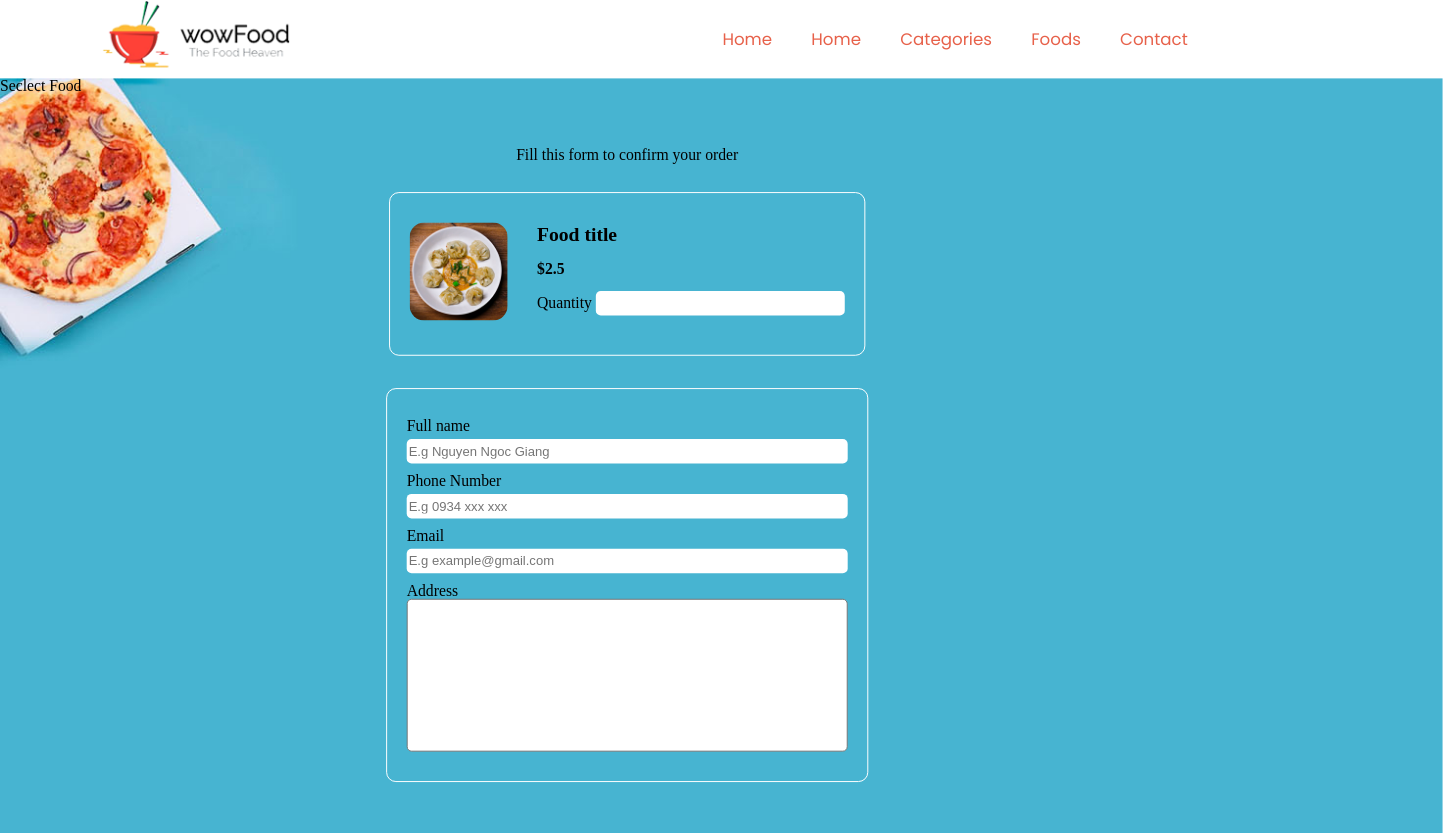
Repository: ruaruababa/WowFood
Page: order.html
An editor plug-in stored every save of this project. The page is shown before and after a run of saves, followed by the edit.
The browser window is 1280 px wide. The page is 1472 px wide, so the pictures cover 1472 px, including what lies to the right of the window. The pictures show the whole page, at 98% of full size.

Above is the page before, as saved 2021-09-19 22:36:02.

### order.html
<!DOCTYPE html>
<html lang="en">

<head>
    <meta charset="UTF-8">
    <meta http-equiv="X-UA-Compatible" content="IE=edge">
    <meta name="viewport" content="width=device-width, initial-scale=1.0">
    <title>Order Food</title>
    <link rel="stylesheet" href="./style.css">
    <link rel="stylesheet" href="./reset.css">
    <link rel="stylesheet" href="./order.css">
    <link rel="preconnect" href="https://fonts.googleapis.com" />
    <link rel="preconnect" href="https://fonts.gstatic.com" crossorigin />
    <link
      href="https://fonts.googleapis.com/css2?family=Poppins:wght@400&display=swap"
      rel="stylesheet"
    />
</head>

<body>
    <nav>
        <input type="checkbox" id="check" />
        <label for="check" class="checkbtn">
            <i class="fas fa-bars"></i>
        </label>
        <label class="logo">
            <img src="./img/logo.png" alt="" class="img-logo" />
        </label>
        <ul class="navbar">
            <li><a class="active" href="#">Home</a></li>
            <li><a href="#">Home</a></li>
            <li><a href="#">Categories</a></li>
            <li><a href="#">Foods</a></li>
            <li><a href="#">Contact</a></li>
        </ul>
    </nav>
    <section id=section-order>
        <img src="./bgorder.jpg" alt="" class="bgr" style="position: absolute; z-index: -1;">
        <div class="container-order">
            <form action="">
                <h3 class="title-order">Fill this form to confirm your order</h3>
                <label for="" class="seclect">Seclect Food</label>
                <div class="container-seclect-food">
                    <div class="img-food">
                        <!-- <label for="" class="seclect">Seclect Food</label> -->
                        <img src="./img/menu-momo.jpg" alt="" class="bgr-item" />
                    </div>
                    <div class="content-food">
                        <h6 class="title-item">Food title</h6>
                        <span class="price-item">$2.5</span>
                        <label for="" class="quantity">Quantity</label>
                        <input type="number" min="1" max="100" class="inp-number">
                    </div>
                </div>
                <div class="container-delivery-title">
                    <lable class="full-name">Full name</lable>
                    <input type="text" placeholder="E.g Nguyen Ngoc Giang">
                    <lable class="phone-number">Phone Number</lable>
                    <input type="text" placeholder="E.g 0934 xxx xxx">
                    <lable class="email">Email</lable>
                    <input type="text" placeholder="E.g example@gmail.com">
                    <lable class="Address">Address</lable>
                    <textarea name="address" id="" cols="30" rows="10" style="resize: none; border-radius: 5px;"></textarea>


                </div>
            </form>
        </div>
    </section>
</body>

</html>

### style.css

li {
  text-decoration: none;
}

a {
  text-decoration: none;
}

nav {
  height: 80px;
  width: 100%;
}

label.logo {
  padding: 0 100px;
}

nav ul {
  float: right;
  margin-right: 50px;
}

nav ul li {
  display: inline-block;
  line-height: 80px;
  margin: 0 5px;
  font-family: "Poppins", sans-serif;
}

nav ul li a {
  color: #e7614a;
  font-size: 17px;
  padding: 7px 13px;
  border-radius: 3px;
}

.checkbtn {
  font-size: 30px;
  color: white;
  float: right;
  line-height: 80px;
  margin-right: 40px;
  cursor: pointer;
  display: none;
}

#check {
  display: none;
}

ul:hover li {
  filter: blur(3px);
  opacity: 0.5;
  transform: scale(0.98);
  box-shadow: none;
}

ul:hover li:hover {
  transform: scale(1.1);
  filter: blur(0px);
  opacity: 1;
  box-shadow: 0 8px 20px 0px rgba(0, 0, 0, 0.125);
}

.container-section-search {
  position: relative;
  text-align: center;
  margin-top: 15px;
}

.background-search {
  height: 250px;
}

.background-search img {
  height: inherit;
  width: 100%;
  object-fit: cover;
}

.form {
  width: 100%;
  position: absolute;
  top: 50%;
  left: 50%;
  transform: translate(-50%, -50%);
  height: 22px;
}

.input-search {
  width: 35%;
  height: inherit;
}

.btn-search {
  background-color: rgba(250, 59, 59, 0.849);
  border: none;
  border-radius: 5px;
  font-size: 14px;
  color: white;
  cursor: pointer;
  padding: 3px;
}

#section-collection {
  position: relative;
}

.container-section-collection {
  height: max-content;
}

.explore-food {
  padding-top: 70px;
  text-align: center;
  font-size: 24px;
  font-family: "Poppins", sans-serif;
}

.collection-food {
  width: 100%;
}

.list-food {
  margin-top: 50px;
  display: flex;
  justify-content: center;
  column-gap: 50px;
}

.list-food li {
  width: 330px;
  height: 400px;
  transition: 0.2s all;
}

.list-food li:hover {
  transform: scale(0.95);
}

.list-food li img {
  width: 100%;
  height: 100%;
  object-fit: cover;
  border-radius: 10px;
}

.list-food li span {
  font-family: "Poppins", sans-serif;
  display: block;
  font-size: 20px;
  text-align: center;
  color: #ffffff;
  margin-top: -50px;
}

article {
  background-color: #ececec;
}

.title-food-menu {
  padding-top: 70px;
  font-size: 24px;
  text-align: center;
  font-family: "Poppins", sans-serif;
}

.container-menu {
  padding-top: 50px;
  display: grid;
  grid-gap: 20px;
  grid-template-columns: repeat(auto-fit, minmax(550px, 1fr));
  grid-auto-rows: 180px;
  justify-items: center;
  font-family: "Poppins", sans-serif;
}

.container-item:nth-child(odd) {
  justify-self: end;
}

.container-item:nth-child(even) {
  justify-self: start;
}

.container-item {
  background-color: #ffffff;
  display: flex;
  align-items: center;
  border-radius: 15px;
}

.container-item img {
  width: 25%;
  height: 70%;
  object-fit: cover;
  border-radius: 15px;
  margin: 0 28px;
}

.container-item .item-content {
  width: 100%;
  height: 70%;
  object-fit: cover;
  border-radius: 15px;
  margin: 0 28px;
}

.item-content {
  display: inline-block;
}

.title-item {
  font-size: 16px;
  font-weight: bold;
  line-height: 25px;
}

.price-item {
  line-height: 25px;
  font-weight: bold;
}

.des-item {
  font-size: 14px;
  line-height: 20px;
  color: #747d9c;
}

.oder-item {
  text-decoration: none;
  background-color: #f56b81;
  color: white;
  border-radius: 5px;
  padding: 3px;
  display: inline-block;
}

.footer-food-menu {
  margin-top: 30px;
}

.see-all-foods {
  display: block;
  text-align: center;
  text-decoration: none;
  color: #f56b81;
  padding-bottom: 50px;
  font-family: "Poppins", sans-serif;
  transition: 0.2s all;
}

.see-all-foods:hover {
  text-decoration: underline;
  transform: scale(1.1);
}

.social-network-icon {
  display: flex;
  justify-content: center;
  margin-top: 30px;
}

.icon-insta {
  margin: 0 30px;
}

.license {
  margin-top: 40px;
  margin-bottom: 30px;
  font-family: "Poppins", sans-serif;
}

.license p {
  text-align: center;
}

.license p a {
  text-decoration: none;
  color: #e7614a;
}

@media (max-width: 952px) {
  label.logo {
    padding-left: 50px;
  }

  nav ul li a {
    font-size: 16px;
  }

  .container-item:nth-child(odd) {
    justify-self: center;
  }

  .container-item:nth-child(even) {
    justify-self: center;
  }
}

@media (max-width: 858px) {
  i {
    color: black;
  }

  .checkbtn {
    display: block;
  }

  .navbar {
    position: fixed;
    width: 100%;
    height: 250px;
    left: -100%;
    text-align: center;
    transition: all 0.5s;
    z-index: 2;
    background-color: #ffffff;
  }

  nav ul li {
    display: block;
    margin: 10px 0;
    line-height: 30px;
  }

  nav ul li a {
    font-size: 20px;
  }

  #check:checked ~ ul {
    left: 0;
  }

  .container-section-collection {
    height: max-content;
  }
}

section {
  position: relative;
}
@media (max-width: 858px) {
   .container-menu {
    padding-top: 50px;
    display: grid;
    grid-gap: 20px;
    grid-template-columns: repeat(auto-fit, minmax(550px, 1fr));
    grid-auto-rows: 180px;
    justify-items: center;
    font-family: "Poppins", sans-serif;
  }
}

@media (max-width: 414px) {
  label img {
    margin-left: -50px;
  }
  i.fa-bars {
    margin-right: -20px;
  }
  .navbar {
    position: fixed;
    width: 414px;
    height: 250px;
    left: -100%;
    text-align: center;
    transition: all 0.5s;
    z-index: 2;
    background-color: #ffffff;
  }

  nav ul li {
    display: block;
    margin: 10px 0;
    line-height: 30px;
  }

  nav ul li a {
    font-size: 20px;
  }

  #check:checked ~ ul {
    left: 0;
  }
  .list-food {
    display: flex;
    flex-direction: column;
    gap: 15px;
  }

  .item {
    align-self: center;
  }

  .container-menu {
    padding-top: 50px;
    display: grid;
    grid-gap: 20px;
    grid-template-columns: repeat(auto-fit, minmax(375px, 1fr));
    grid-auto-rows: 180px;
    justify-items: center;
    font-family: "Poppins", sans-serif;
  }
}

@media (max-width: 375px) {
  label img {
    margin-left: -50px;
  }
  i.fa-bars {
    margin-right: -20px;
  }
  .navbar {
    position: fixed;
    width: 375px;
    height: 250px;
    left: -100%;
    text-align: center;
    transition: all 0.5s;
    z-index: 2;
    background-color: #ffffff;
  }

  nav ul li {
    display: block;
    margin: 10px 0;
    line-height: 30px;
  }

  nav ul li a {
    font-size: 20px;
  }

  #check:checked ~ ul {
    left: 0;
  }

  .list-food {
    display: flex;
    flex-direction: column;
    gap: 15px;
  }

  .item {
    align-self: center;
  }

  .container-menu {
    padding-top: 50px;
    display: grid;
    grid-gap: 20px;
    grid-template-columns: repeat(auto-fit, minmax(375px, 1fr));
    grid-auto-rows: 180px;
    justify-items: center;
    font-family: "Poppins", sans-serif;
  }
  @media (max-width: 320px) {
  label img {
    margin-top: -70px;
    margin-left: -50px;
    padding-bottom: 10px;
  }
  i.fa-bars {
    margin-right: -20px;
    padding-top: 20px;
  }
  .navbar {
    position: fixed;
    width: 320px;
    height: 250px;
    left: -100%;
    text-align: center;
    transition: all 0.5s;
    z-index: 2;
    background-color: #ffffff;
    margin-top: -5px;
  }

  nav ul li {
    display: block;
    margin: 10px 0;
    line-height: 30px;
  }

  nav ul li a {
    font-size: 20px;
  }

  #check:checked ~ ul {
    left: 0;
  }

  .list-food {
    display: flex;
    flex-direction: column;
    gap: 15px;
  }

  .item {
    align-self: center;
  }

  .container-menu {
    padding-top: 50px;
    display: grid;
    grid-gap: 20px;
    grid-template-columns: repeat(auto-fit, minmax(319px, 1fr));
    grid-auto-rows: 180px;
    justify-items: center;
    font-family: "Poppins", sans-serif;
  }
}

/* article{
  position: relative;
  top: 200px;
} */

### order.css
.container-order{
    position: relative;
}
.title-order{
    position: absolute;
    left: 50%;
    transform: translateX(-50%);
    padding-top: 70px;
}
.container-seclect-food{
    display: flex;
    position: absolute;
    left: 50%;
    transform: translateX(-50%);
    margin-top: 100px;
    justify-content: flex-start;
    gap: 30px;
    border: 1px solid white;
    padding: 30px 20px;
    border-radius: 10px;
}
.img-food{
    display: inline;
}
.img-food img{
    width: 100px;
    border-radius: 15px;
}
.title-item{
    font-size: 20px;
}
.price-item{
    display: block;
    padding-top: 10px;
}
.inp-number{
    margin-top: 10px;
    width: 250px;
    border-radius: 5px;
}

.container-delivery-title{
    position: absolute;
    margin-top: 300px;
    display: grid;
    grid-template-columns: repeat(auto-fit, minmax(450px, 1fr));
    left: 50%;
    transform: translateX(-50%);
    border: 1px solid white;
    padding: 30px 20px;
    border-radius: 10px;
}

input{
    border: 0px;
    border-radius: 5px;
    padding: 5px 2px ;
    margin-bottom: 10px;
    margin-top: 5px;
}
label{
}

Loaded but not shown: reset.css (common file)

After the next 2 saves:
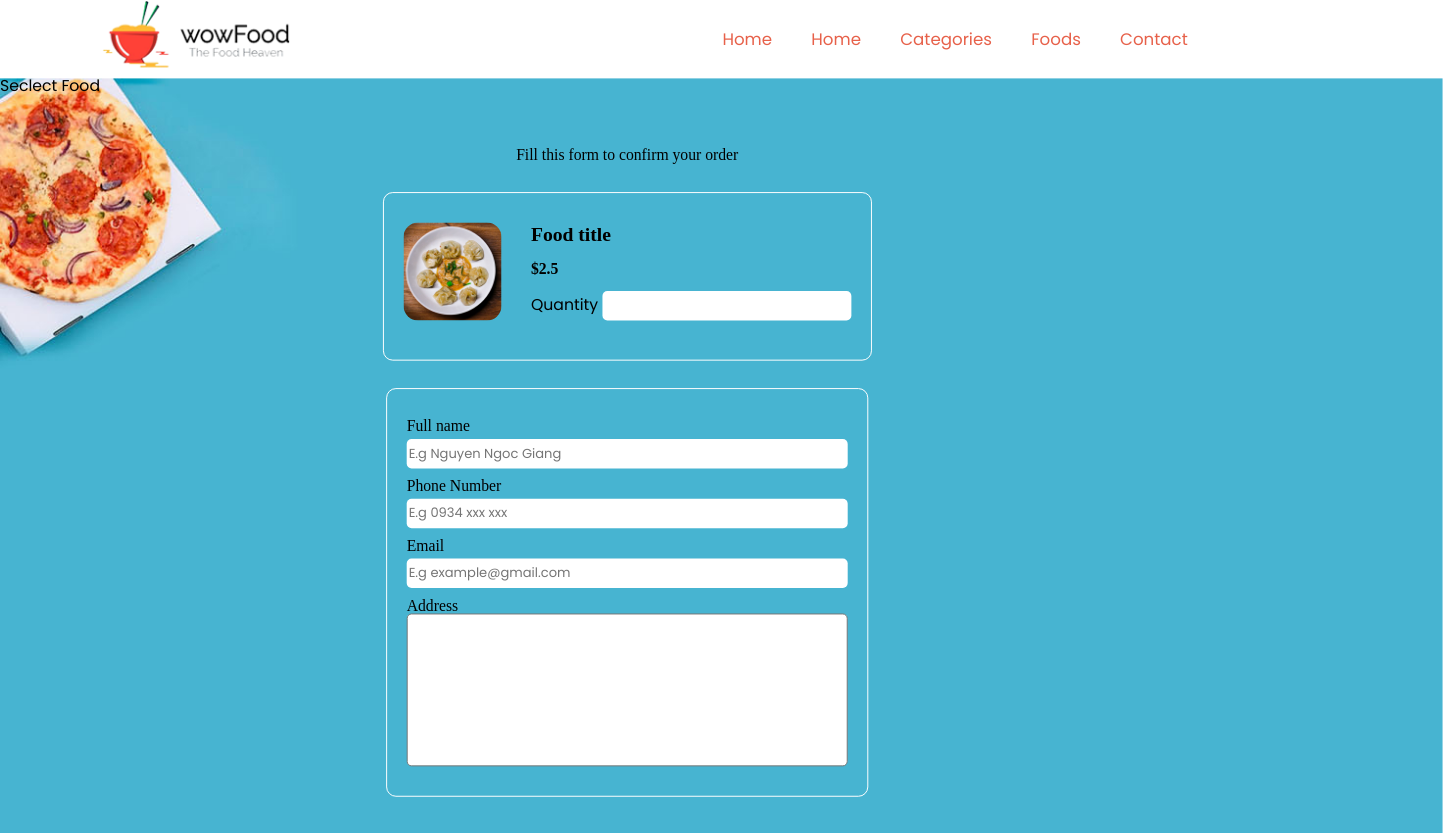
The 2 saves are shown as one change because they came seconds apart.
The last was saved 12 s later.
--- a/order.css
+++ b/order.css
@@ -57,6 +57,8 @@ input{
     padding: 5px 2px ;
     margin-bottom: 10px;
     margin-top: 5px;
+    font-family: "Poppins", sans-serif;
 }
 label{
+    font-family: "Poppins", sans-serif;
 }
